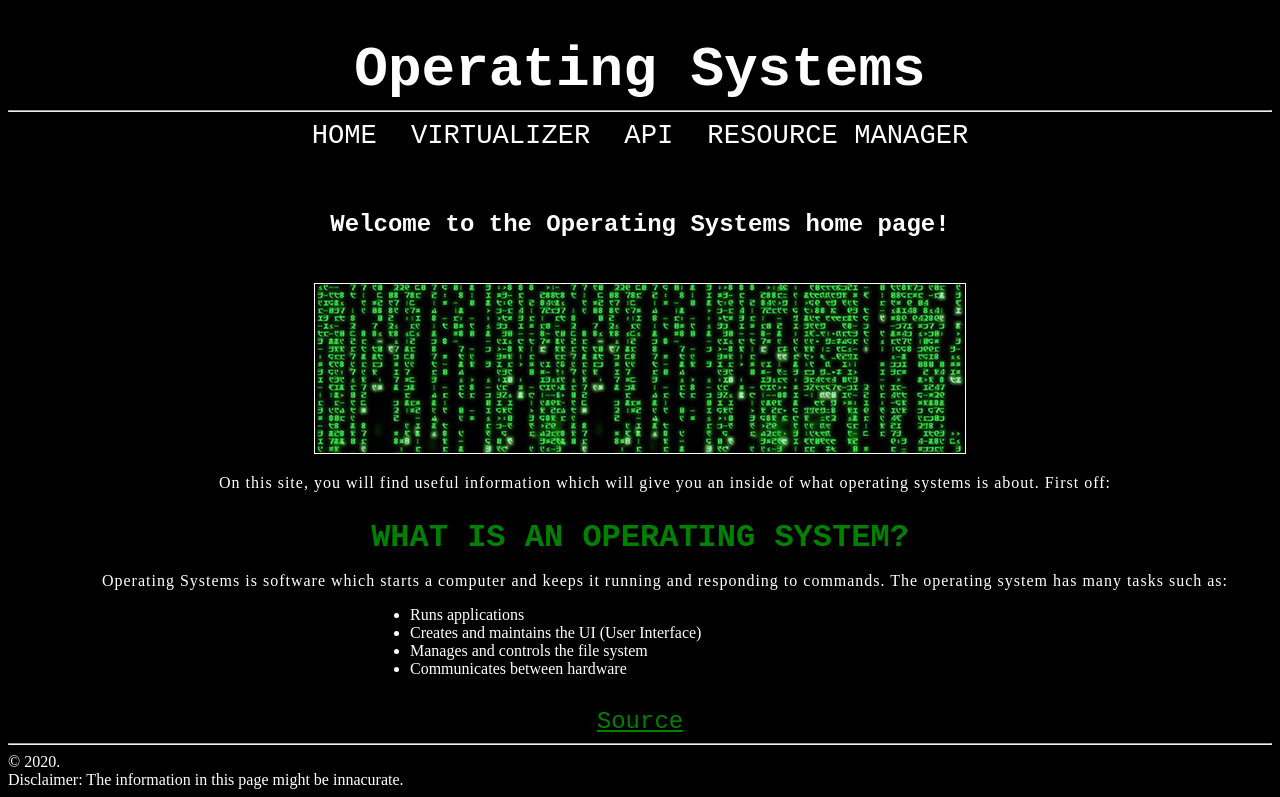
Repository: ctm93/homework4
Page: http://localhost/
The author's editor kept a record of every edit. The page is drawn from the files as they stood at one moment, then again after the next edit.
The browser window is 1280 px wide. The pictures show the whole page.
Some web fonts or font styles are not loaded; a fallback is used. The page is served by the project's Node server (assignment4/app.js).

Above is the page before.

After the next edit:
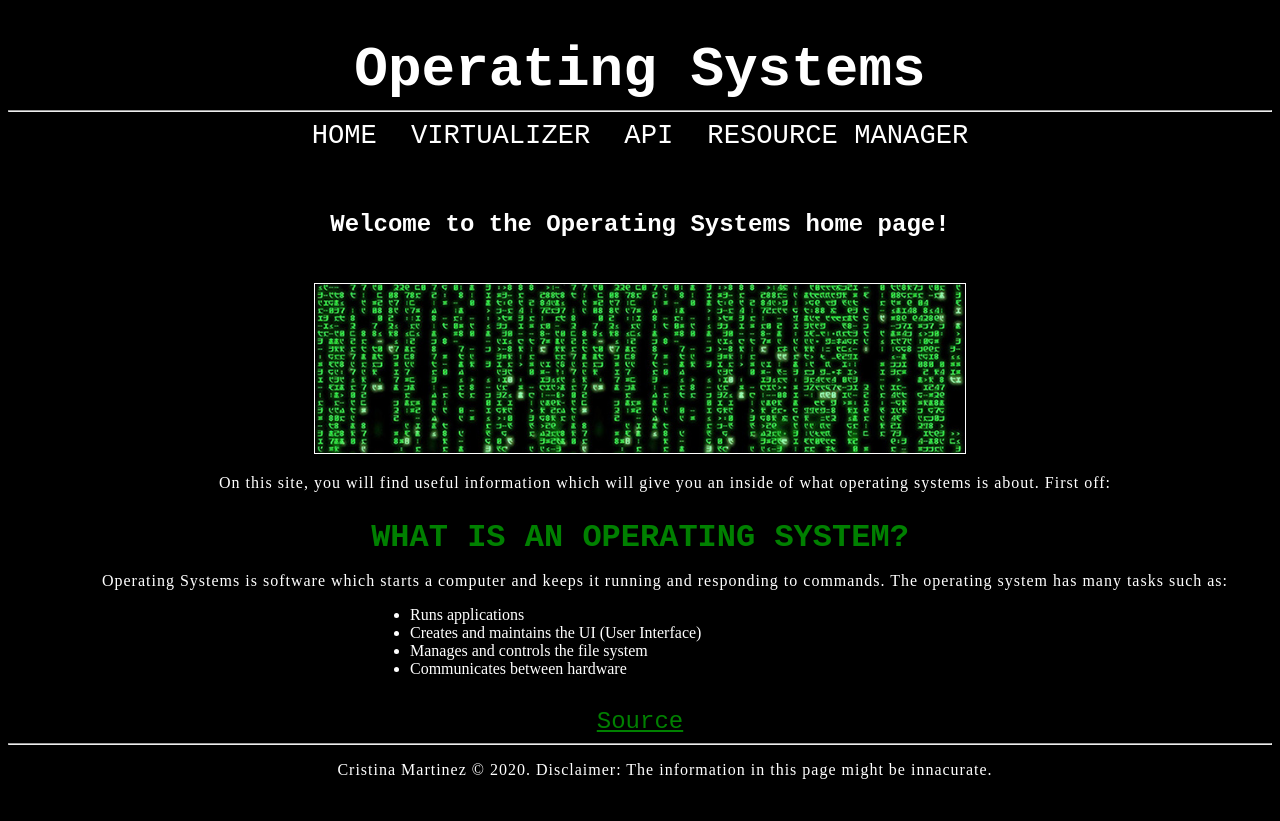
The edit:
--- a/hw4/assignment4/views/partials/footer.ejs
+++ b/hw4/assignment4/views/partials/footer.ejs
@@ -1,5 +1,5 @@
 <hr>
-&copy; 2020. <br/>
-Disclaimer: The information in this page might be innacurate.
+<p>Cristina Martinez &copy; 2020. Disclaimer: The information in this page might be innacurate.</p> <br/>
+
 </body>
 </html>
